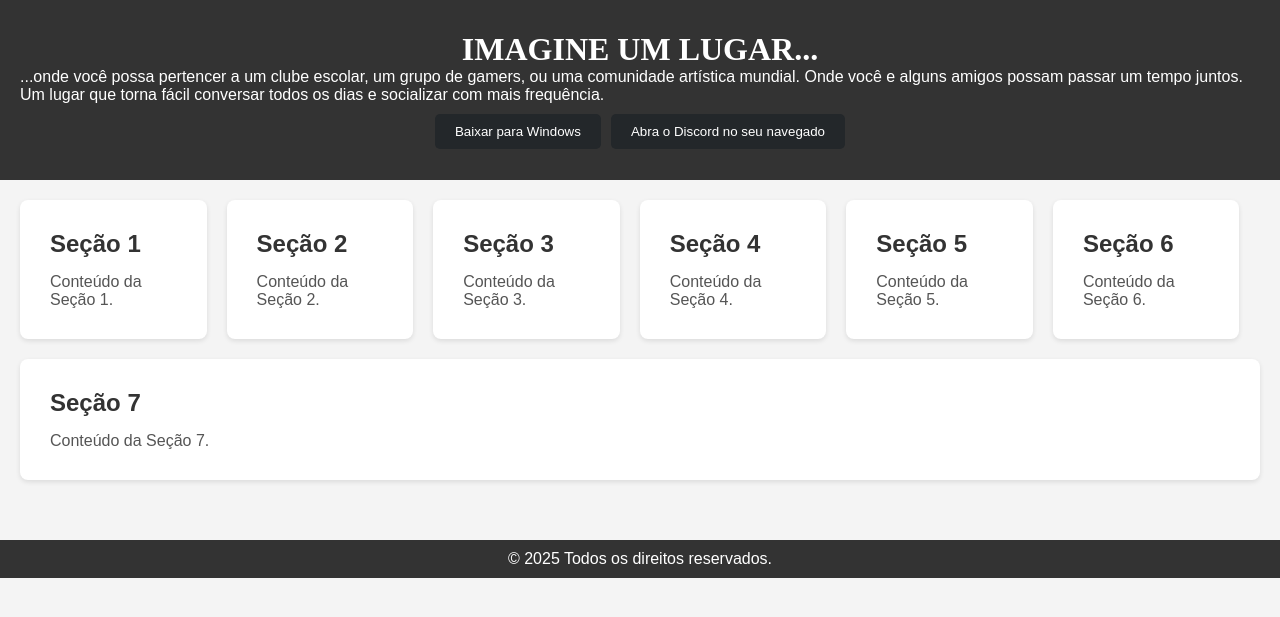
Repository: gustavotwist/projeto-discord
Page: index.html
An editor plug-in stored every save of this project. The page is shown before and after a run of saves, followed by the edit.
The browser window is 1280 px wide. The pictures show the whole page.

Above is the page before, as saved 2025-03-10 10:08:45.

### index.html
<!DOCTYPE html>
<html lang="pt-br">
<head>
    <meta charset="UTF-8">
    <meta name="viewport" content="width=device-width, initial-scale=1.0">
    <title>Desafio de Responsividade</title>
    <link rel="stylesheet" href="/css/style.css">
</head>
<body>
    <!-- Header -->
    <header>
        <h1>IMAGINE UM LUGAR...</h1>
        <p>...onde você possa pertencer a um clube escolar, um grupo de gamers, ou uma comunidade artística mundial. Onde você e alguns amigos possam passar um tempo juntos. Um lugar que torna fácil conversar todos os dias e socializar com mais frequência.</p>
        <div class="header-buttons">
            <button class="btn login-btn">Baixar para Windows</button>
            <button class="btn signup-btn">Abra o Discord no seu navegado</button>
        </div>
    </header>

    <!-- Main -->
    <main>
        <!-- Container para as 7 seções (6 lado a lado e a 7ª embaixo) -->
        <div class="section-container">
            <!-- Section 1 -->
            <section id="section1">
                <h2>Seção 1</h2>
                <p>Conteúdo da Seção 1.</p>
            </section>

            <!-- Section 2 -->
            <section id="section2">
                <h2>Seção 2</h2>
                <p>Conteúdo da Seção 2.</p>
            </section>

            <!-- Section 3 -->
            <section id="section3">
                <h2>Seção 3</h2>
                <p>Conteúdo da Seção 3.</p>
            </section>

            <!-- Section 4 -->
            <section id="section4">
                <h2>Seção 4</h2>
                <p>Conteúdo da Seção 4.</p>
            </section>

            <!-- Section 5 -->
            <section id="section5">
                <h2>Seção 5</h2>
                <p>Conteúdo da Seção 5.</p>
            </section>

            <!-- Section 6 -->
            <section id="section6">
                <h2>Seção 6</h2>
                <p>Conteúdo da Seção 6.</p>
            </section>

            <!-- Section 7 -->
            <section id="section7">
                <h2>Seção 7</h2>
                <p>Conteúdo da Seção 7.</p>
            </section>
        </div>
    </main>

    <!-- Footer -->
    <footer>
        <p>&copy; 2025 Todos os direitos reservados.</p>
    </footer>
</body>
</html>

### css/style.css
/* Reset de estilos */
* {
    margin: 0;
    padding: 0;
    box-sizing: border-box;
}

/* Corpo e fontes */
body {
    font-family: Arial, sans-serif;
    background-color: #f4f4f4;
    color: #333;
}

/* Header */
header {
    background-color: #333;
    color: white;
    display: flex;
    flex-direction: column;
    justify-content: center;
    align-items: center;
    padding: 20px;
    height: 25vh;
}

header h1{
    font-family:Luckiest Guy;
}


/* Botões no header */
/* Estilos para o contêiner de botões */
.header-buttons {
    display: flex;
    gap: 10px; /* Espaçamento entre os botões */
    margin-top: 10px; /* Distância entre os botões e a navegação */
    justify-content: center; /* Alinha os botões ao centro horizontalmente */
    align-items: center; /* Alinha os botões ao centro verticalmente */
}


/* Estilos gerais para os botões */
.header-buttons .btn {
    color: white;
    border: none;
    padding: 10px 20px;
    border-radius: 5px;
    cursor: pointer;
    transition: background-color 0.3s ease; /* Transição suave para o efeito de hover */
}

/* Botão de Entrar - Cor de fundo e hover específicos */
.header-buttons .login-btn {
    background-color: #23272A; /* Cor de fundo para o botão "Entrar" */
}

.header-buttons .login-btn:hover {
    background-color: #23272A ; /* Cor de fundo mais escura ao passar o mouse */
}

/* Botão de Registrar - Cor de fundo e hover específicos */
.header-buttons .signup-btn {
    background-color: #23272A; /* Cor de fundo para o botão "Registrar" */
}

.header-buttons .signup-btn:hover {
    background-color: #23272A; /* Cor de fundo mais escura ao passar o mouse */
}


/* Main */
main {
    padding: 20px;
}

/* Container para as 7 seções (6 lado a lado e a 7ª embaixo) */
.section-container {
    display: flex;
    flex-wrap: wrap; /* Para que as seções se ajustem em múltiplas linhas */
    gap: 20px; /* Espaçamento entre as seções */
}

/* Estilo para cada seção */
section {
    background-color: white;
    padding: 30px;
    margin: 0;
    border-radius: 8px;
    box-shadow: 0 2px 5px rgba(0, 0, 0, 0.1);
    transition: transform 0.3s ease;
}

/* Largura das seções */
section:nth-child(-n+6) {
    width: calc(16.66% - 20px); /* Para as 6 primeiras seções ficarem lado a lado */
}

section:nth-child(7) {
    width: 100%; /* A 7ª seção ocupa toda a largura da tela */
}

section h2 {
    margin-bottom: 15px;
    font-size: 1.5rem;
    color: #333;
}

section p {
    font-size: 1rem;
    color: #555;
}

section:hover {
    transform: translateY(-5px); /* Efeito de elevação ao passar o mouse */
}

/* Footer */
footer {
    background-color: #333;
    color: white;
    text-align: center;
    padding: 10px 0;
    margin-top: 40px;
}

/* Responsividade */
@media (max-width: 768px) {
    /* Ajuste para Header */
    header {
        flex-direction: column;
        align-items: flex-start;
        padding: 20px;
    }

    header nav ul {
        flex-direction: column;
        margin-top: 20px;
    }

    header nav ul li {
        margin-left: 0;
        margin-bottom: 10px;
    }

    /* Ajuste para Seções */
    section {
        width: 100%; /* Seções ocupam toda a largura em telas menores */
        padding: 20px;
    }

    /* Ajuste para Botões */
    .header-buttons {
        flex-direction: column;
        margin-top: 10px;
    }
}

@media (max-width: 480px) {
    /* Ajuste para texto no Footer */
    footer p {
        font-size: 0.8rem;
    }
}

After the next 12 saves:
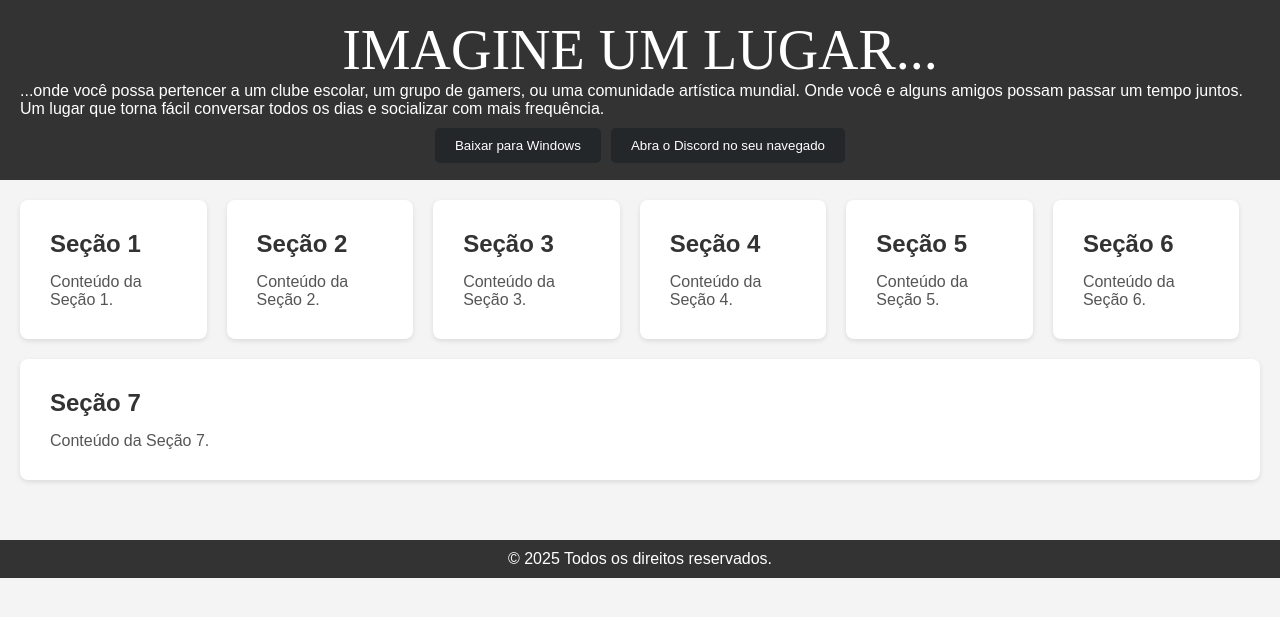
The 12 saves are shown as one change because they came seconds apart.
The last was saved 30 s later.
--- a/css/style.css
+++ b/css/style.css
@@ -26,6 +26,9 @@ header {
 
 header h1{
     font-family:Luckiest Guy;
+    font-weight: 400;
+    font-size: 56px;
+
 }
 
 
